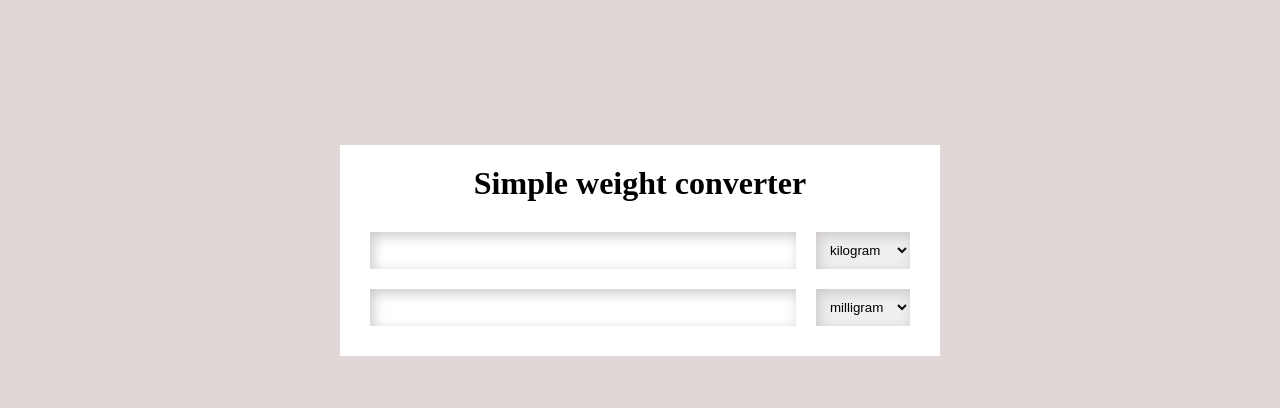
Repository: Eugene44-hub/weight-converter
Page: index.html
An editor plug-in stored every save of this project. The page is shown before and after a run of saves, followed by the edit.
The browser window is 1280 px wide. The pictures show the whole page.

Above is the page before, as saved 2021-09-20 05:20:48.

### index.html
<!DOCTYPE html>
<html lang="en">

<head>
    <meta charset="UTF-8">
    <meta http-equiv="X-UA-Compatible" content="IE=edge">
    <meta name="viewport" content="width=device-width, initial-scale=1.0">
    <link rel="stylesheet" href="style.css">
    <title>Document</title>
</head>

<body>
    <div class="converter">
        <h1>Simple weight converter</h1>

        <input type="number" id="typed">
        <select name="" id="in-weight">
      <option value="kg">kilogram</option>
      <option value="ou">ounce</option>
      <option value="mg">milligram</option>
    </select>
        <input type="number" id="output">
        <select name="" id="out-weight">
      <option value="mg">milligram</option>
      <option value="ou">ounce</option>
      <option value="kg">kilogram</option>
    </select>
    </div>
    <script src="app.js"></script>
</body>

</html>

### style.css
* {
    padding: 0;
    margin: 0;
    box-sizing: border-box;
}

body {
    background-color: rgb(226, 215, 215);
    display: flex;
    height: 500px;
}

input {
    padding: 10px;
    flex: 50%;
}

h1 {
    text-align: center;
    flex: 100%;
    margin-bottom: 20px;
}

select {
    padding: 10px;
}

.converter {
    display: flex;
    flex-wrap: wrap;
    justify-content: space-between;
    padding: 20px;
    margin: auto;
    max-width: 600px;
    background-color: white;
    box-shadow: ;
}

select,
input {
    margin: 10px;
    outline: none;
    border: none;
    box-shadow: inset 3px 4px 13px rgb(204, 200, 200);
}

### app.js
let typed = document.querySelector('#typed');
let output = document.querySelector('#output');
let select = document.querySelector('#in-weight');
let select2 = document.querySelector('#out-weight');

function selectTwo(val) {
    select2.addEventListener('change', e => {
        if (select2.value === 'mg' && select.value === 'kg') {
            output.value = val * Math.pow(10, 6)
        } else if (select2.value === "ou" && select.value === 'mg') {
            output.value = val * 0.000035274
        } else if (select2.value === "ou" && select.value === 'kg') {
            output.value = val * 35.274
        } else if (select2.value === "kg" && select.value === 'ou') {
            output.value = val / 35.274
        } else if (select2.value === "mg" && select.value === 'ou') {
            output.value = val / 0.000035274
        } else if (select2.value === "kg" && select.value === 'mg') {
            output.value = val / Math.pow(10, 6)
        } else {
            output.value = typed.value
        }

    })
}

function selectOne(val) {
    select.addEventListener('change', e => {

        if (select2.value === 'mg' && select.value === 'kg') {
            typed.value = val / Math.pow(10, 6)
        } else if (select2.value === "mg" && select.value === 'ou') {
            typed.value = val * 0.000035274
        } else if (select2.value === "ou" && select.value === 'kg') {
            typed.value = val / 35.274
        } else if (select2.value === "kg" && select.value === 'ou') {
            typed.value = val * 35.274
        } else if (select2.value === "ou" && select.value === 'mg') {
            typed.value = val / 0.000035274
        } else if (select2.value === "kg" && select.value === 'mg') {
            typed.value = val * Math.pow(10, 6)
        } else { typed.value = output.value }
    })
}


typed.addEventListener('input',
    e => {

        if (select2.value === 'mg' && select.value === 'kg') {
            output.value = Number(e.target.value) * Math.pow(10, 6)
        } else if (select2.value === "ou" && select.value === 'mg') {
            output.value = Number(e.target.value) * 0.000035274
        } else if (select2.value === "ou" && select.value === 'kg') {
            output.value = Number(e.target.value) * 35.274
        } else if (select2.value === "kg" && select.value === 'ou') {
            output.value = Number(e.target.value) / 35.274
        } else if (select2.value === "mg" && select.value === 'ou') {
            output.value = Number(e.target.value) / 0.000035274
        } else if (select2.value === "kg" && select.value === 'mg') {
            output.value = Number(e.target.value) / Math.pow(10, 6)
        } else {
            output.value = typed.value
        }
        selectTwo(Number(e.target.value))
    })

output.addEventListener('input',
    e => {
        if (select2.value === 'mg' && select.value === 'kg') {
            typed.value = Number(e.target.value) / Math.pow(10, 6)
        } else if (select2.value === "mg" && select.value === 'ou') {
            typed.value = Number(e.target.value) * 0.000035274
        } else if (select2.value === "ou" && select.value === 'kg') {
            typed.value = Number(e.target.value) / 35.274
        } else if (select2.value === "kg" && select.value === 'ou') {
            typed.value = Number(e.target.value) * 35.274
        } else if (select2.value === "ou" && select.value === 'mg') {
            typed.value = Number(e.target.value) / 0.000035274
        } else if (select2.value === "kg" && select.value === 'mg') {
            typed.value = Number(e.target.value) * Math.pow(10, 6)
        } else { typed.value = output.value }
        selectOne(Number(e.target.value))
    })

After the next 2 saves:
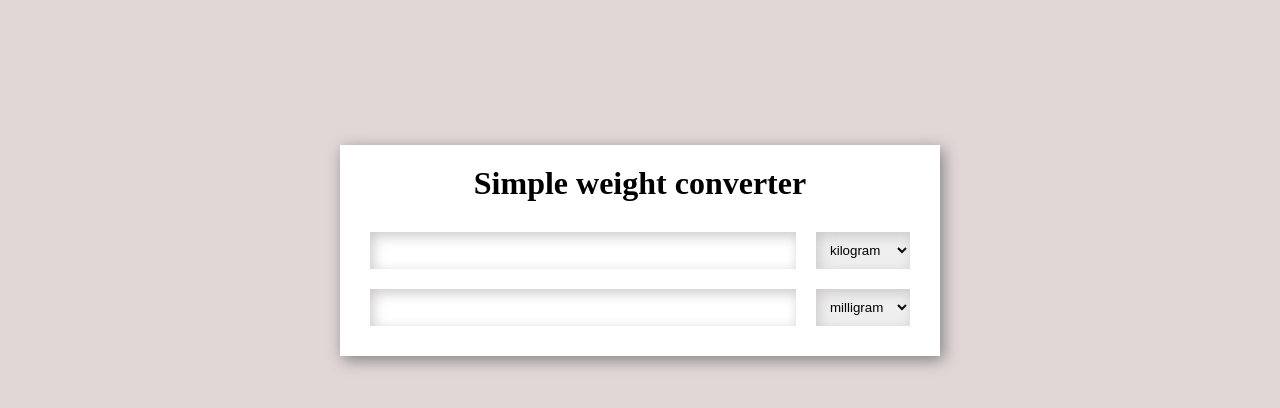
The 2 saves are shown as one change because they came seconds apart.
The last was saved 15 s later.
--- a/style.css
+++ b/style.css
@@ -33,7 +33,7 @@ select {
     margin: auto;
     max-width: 600px;
     background-color: white;
-    box-shadow: ;
+    box-shadow: 3px 4px 15px grey;
 }
 
 select,
